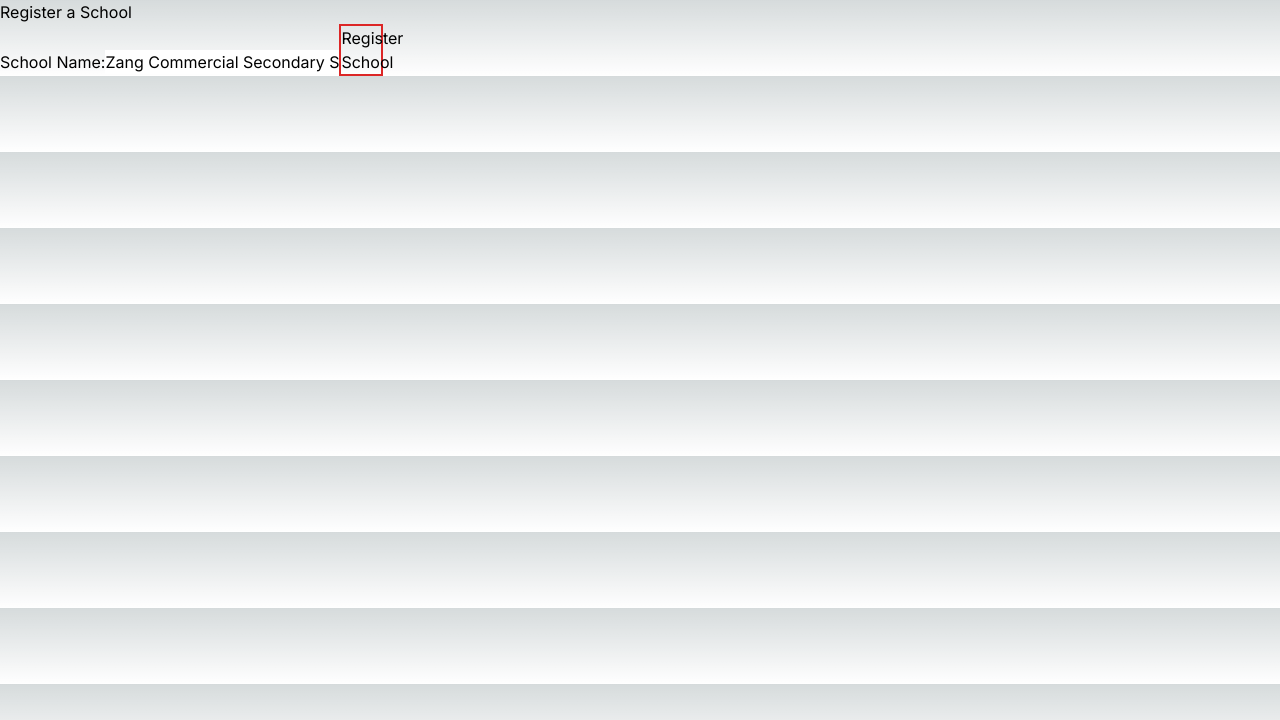
Repository: marcusdashe/fullstack-ts
Page: /school
The author's editor kept a copy of each file at every save. The page is drawn from the files as they stood at one save, then again after the next save.
The browser window is 1280 px wide. The pictures show the whole page.
The project was rebuilt for these pictures with package versions that can differ from the ones it lists, and the page was loaded fresh each time. The framework's server and built-in components were replaced by stand-ins that run in the browser. Also part of the build but not shown: next.config.js.

Above is the page before, as saved 2023-07-26 15:47:00.

After the next save:
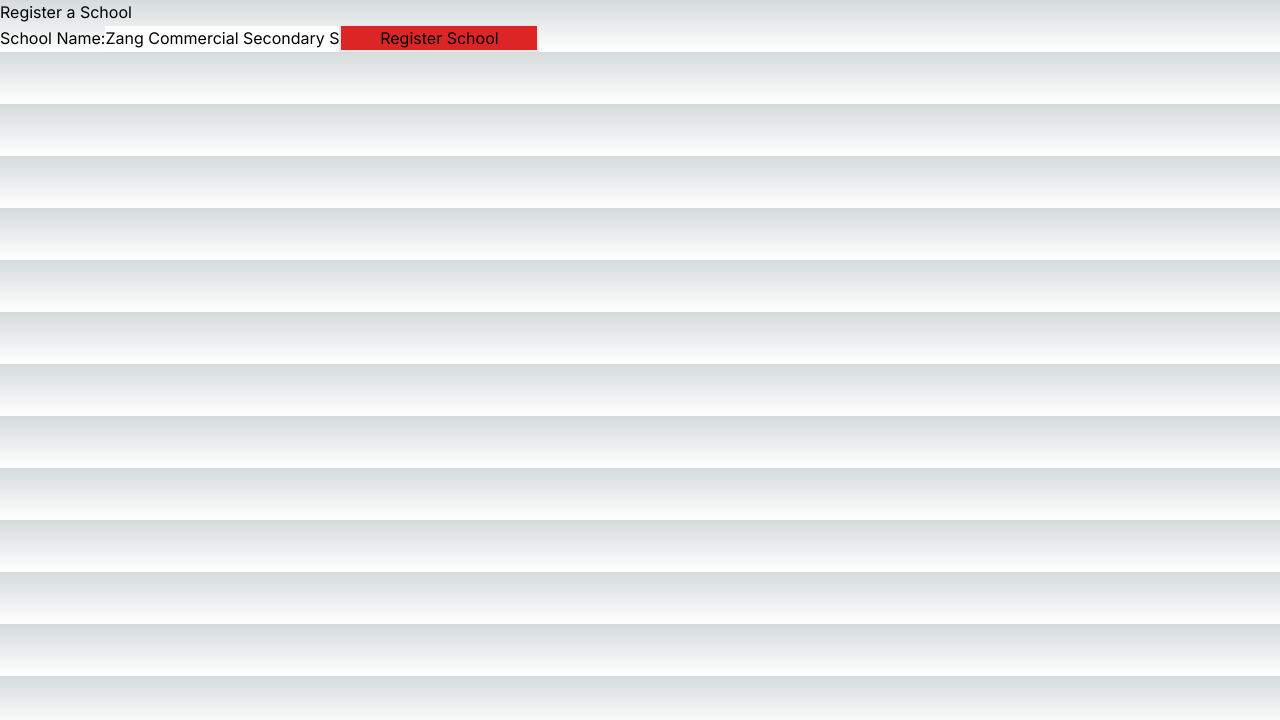
Saved 69 s later.
--- a/app/school/page.tsx
+++ b/app/school/page.tsx
@@ -49,7 +49,10 @@ const RegisterSchoolPage: React.FC = () => {
             onChange={handleChange}
           />
         </label>
-        <button type="submit" className="border border-2 border-red-600 w-11 ">
+        <button
+          type="submit"
+          className="border border-2 bg-red-600 w-[200px]  "
+        >
           Register School
         </button>
       </form>
